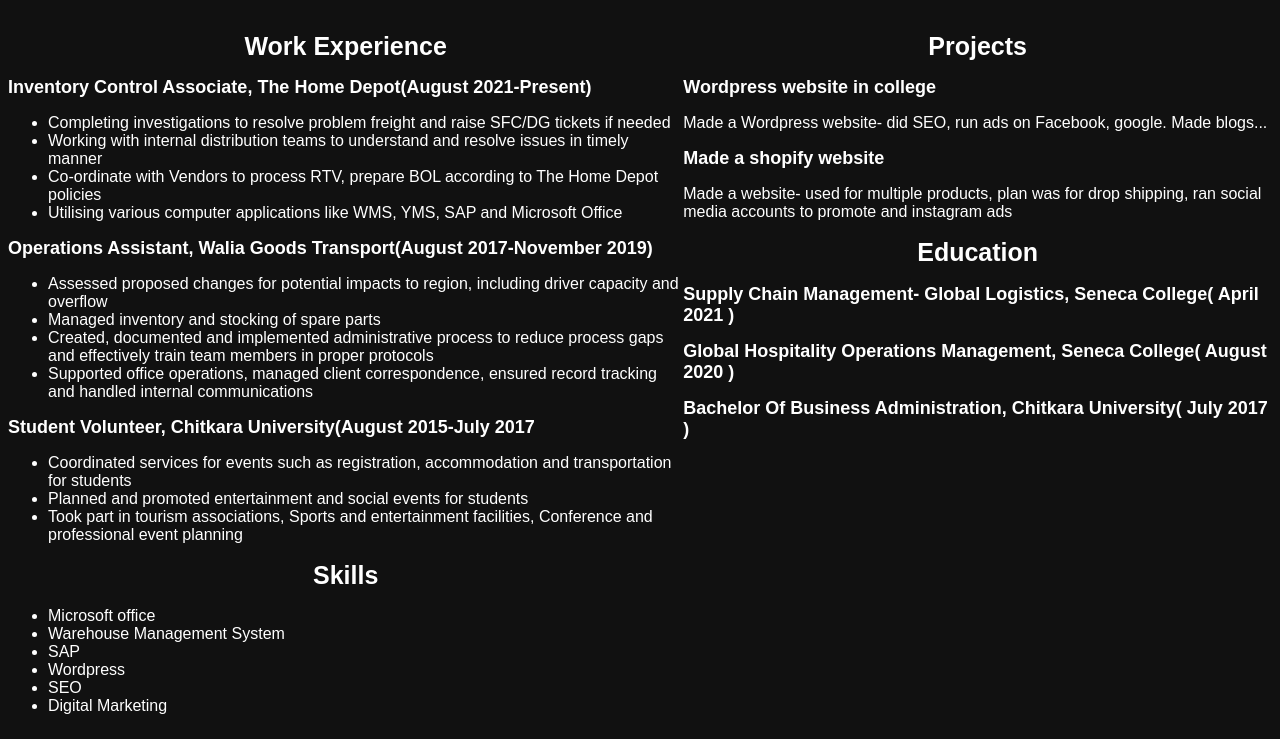
Repository: jashn13/portfolio
Page: index.html
The author's editor kept a copy of each file at every save. The page is drawn from the files as they stood at one save, then again after the next save.
The browser window is 1280 px wide. The pictures show the whole page.

Above is the page before, as saved 2021-11-13 08:29:24.

### index.html
<!DOCTYPE html>
<html>
  <head>
    <style>
      h1 {
        text-align: center;
        font-size: 25px;
      }
      h2 {
        text-align: left;
        font-size: 18px;
      }

      body {
        font-family: Arial;
        color: white;
        background-color: #111;
      }

      .centered {
        position: absolute;
        top: 50%;
        left: 50%;
        transform: translate(-50%, -50%);
        text-align: center;
      }
    </style>
  </head>
  <body>
    <h2></h2>
    <div style="display: flex;">
      <div class="split left">
        <h1>Work Experience</h1>
        <h2>
          Inventory Control Associate, The Home Depot(August 2021-Present)
        </h2>
        <ul>
          <li>
            Completing investigations to resolve problem freight and raise
            SFC/DG tickets if needed
          </li>
          <li>
            Working with internal distribution teams to understand and resolve
            issues in timely manner
          </li>
          <li>
            Co-ordinate with Vendors to process RTV, prepare BOL according to
            The Home Depot policies
          </li>
          <li>
            Utilising various computer applications like WMS, YMS, SAP and
            Microsoft Office
          </li>
        </ul>
        <h2>
          Operations Assistant, Walia Goods Transport(August 2017-November 2019)
        </h2>
        <ul>
          <li>
            Assessed proposed changes for potential impacts to region, including
            driver capacity and overflow
          </li>
          <li>Managed inventory and stocking of spare parts</li>
          <li>
            Created, documented and implemented administrative process to reduce
            process gaps and effectively train team members in proper protocols
          </li>
          <li>
            Supported office operations, managed client correspondence, ensured
            record tracking and handled internal communications
          </li>
        </ul>

        <h2>Student Volunteer, Chitkara University(August 2015-July 2017</h2>
        <ul>
          <li>
            Coordinated services for events such as registration, accommodation
            and transportation for students
          </li>
          <li>
            Planned and promoted entertainment and social events for students
          </li>
          <li>
            Took part in tourism associations, Sports and entertainment
            facilities, Conference and professional event planning
          </li>
        </ul>
        <h1>Skills</h1>
        <ul>
          <li>Microsoft office</li>
          <li>Warehouse Management System</li>
          <li>SAP</li>
          <li>Wordpress</li>
          <li>SEO</li>
          <li>Digital Marketing</li>
        </ul>
      </div>

      <div class="split right">
        <h1>Projects</h1>
        <h2>Wordpress website in college</h2>
        <p>
          Made a Wordpress website- did SEO, run ads on Facebook, google. Made
          blogs...
        </p>
        <h2>Made a shopify website</h2>
        <p>
          Made a website- used for multiple products, plan was for drop
          shipping, ran social media accounts to promote and instagram ads
        </p>
        <h1>Education</h1>
        <h2>
          Supply Chain Management- Global Logistics, Seneca College( April 2021
          )
        </h2>
        <h2>
          Global Hospitality Operations Management, Seneca College( August 2020
          )
        </h2>
        <h2>
          Bachelor Of Business Administration, Chitkara University( July 2017 )
        </h2>
      </div>
    </div>
  </body>
</html>

After the next save:
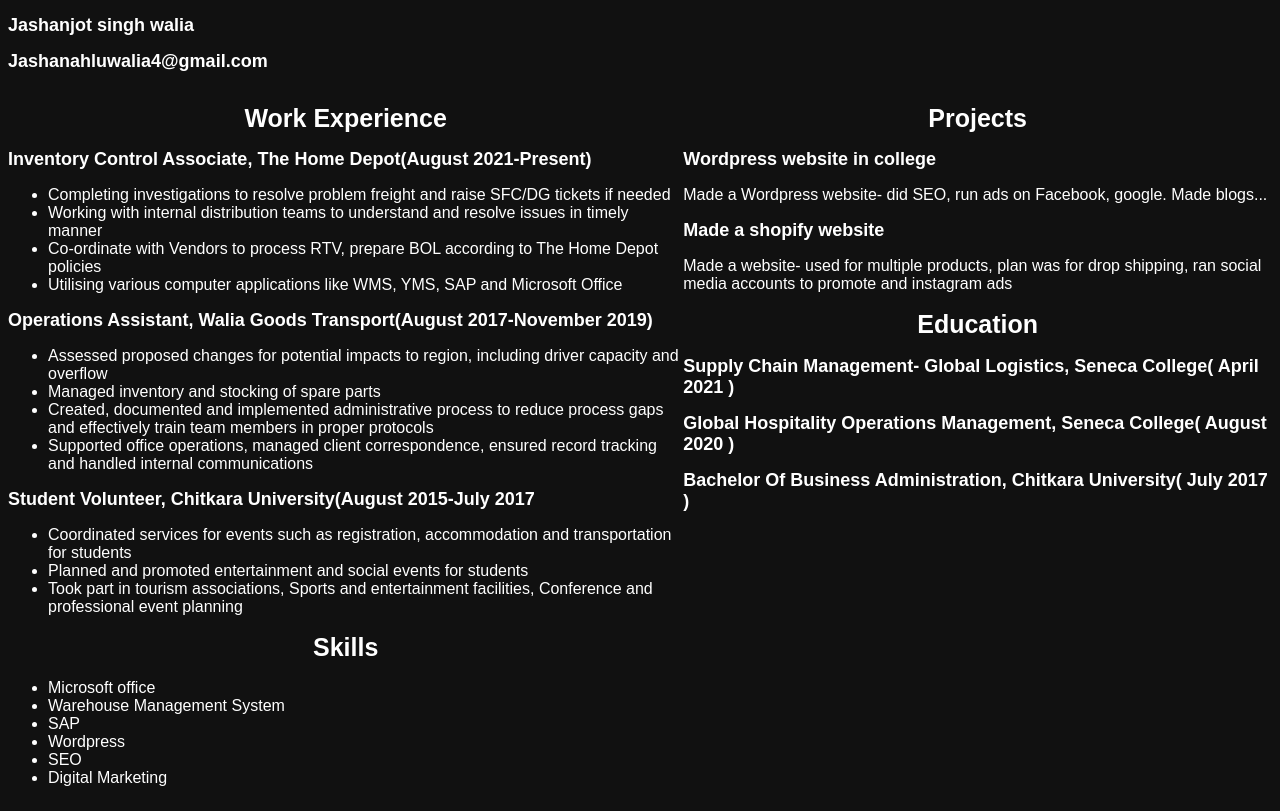
Saved 31 s later.
--- a/index.html
+++ b/index.html
@@ -27,7 +27,8 @@
     </style>
   </head>
   <body>
-    <h2></h2>
+    <h2>Jashanjot singh walia</h2>
+    <h2>Jashanahluwalia4@gmail.com</h2>
     <div style="display: flex;">
       <div class="split left">
         <h1>Work Experience</h1>
